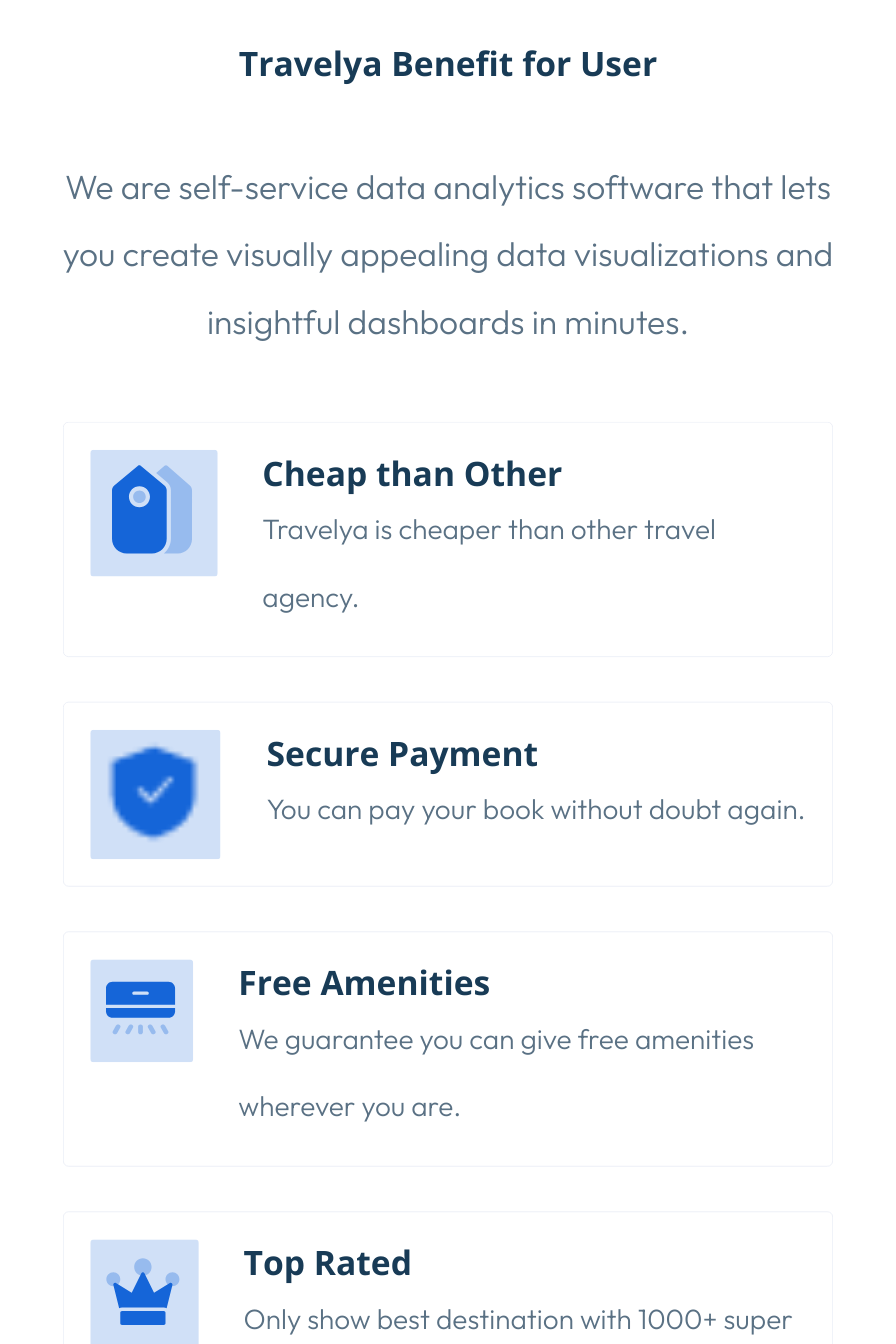
Repository: daviHmoraes/frontcomtailwind
Page: index.html
These files come from the project's save history. The page is drawn as it stood at one moment and after the next save; the edit follows.
The browser window is 1280 px wide. The pictures show the part of the page from y = 3011 to 4931 px (the page is 17342 px tall before and 17150 px after), at 70% of full size.
A picture or video elsewhere on the page could not be fetched, so the positions and the page height are approximate.

Above is the page before, as saved 2026-09-01 15:28:42.

After the next save:
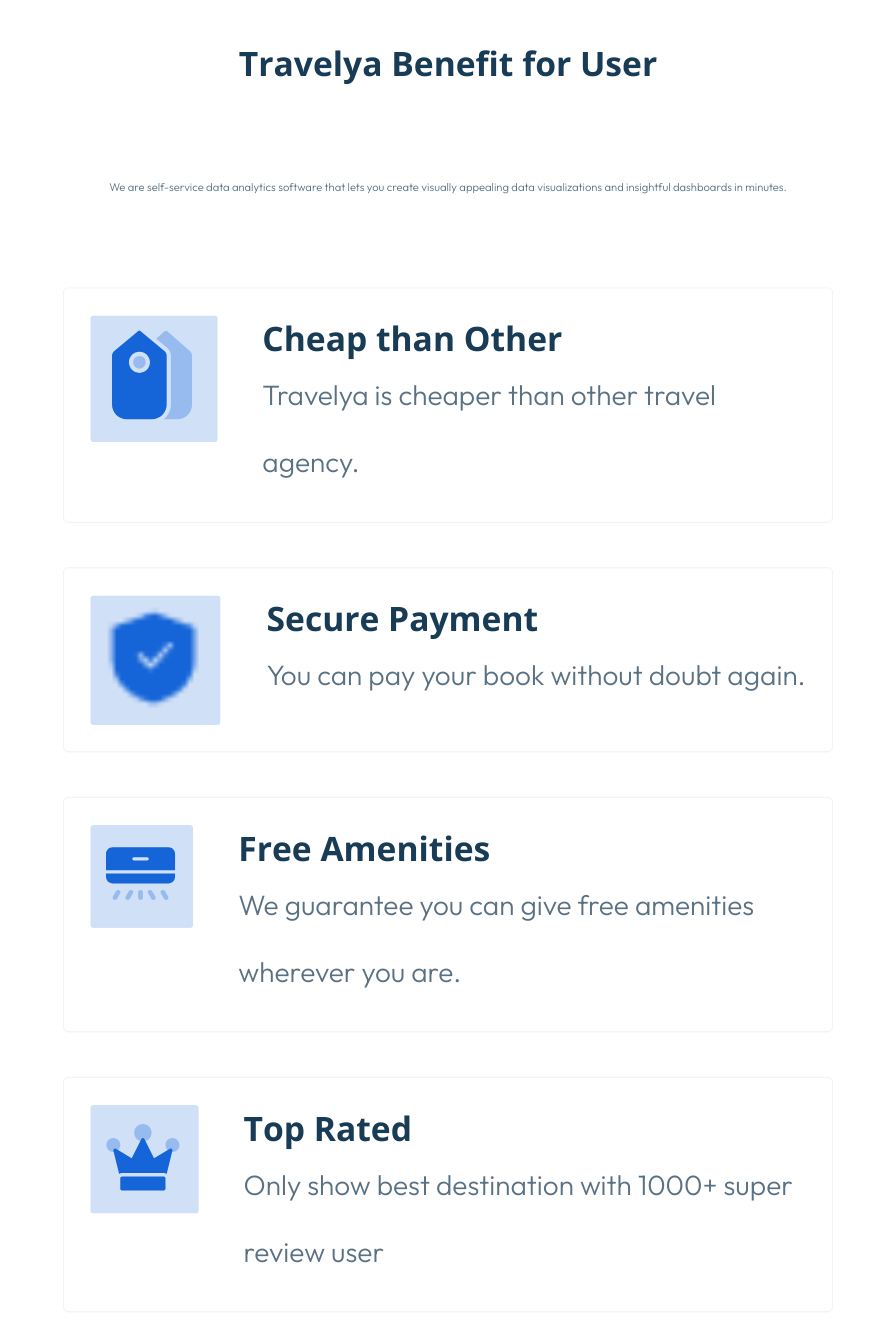
Saved 37 s later.
--- a/css/style.css
+++ b/css/style.css
@@ -182,7 +182,7 @@ form label {
 }
 
 .benefits p {
-    font-size: clamp(0.5rem, 5vw, 3rem);
+    font-size: clamp(0.5rem, 5vw, 3rem)c;
     color: var(--secondary-text-color);
     font-weight: 300;
     line-height: 7.5vw;
